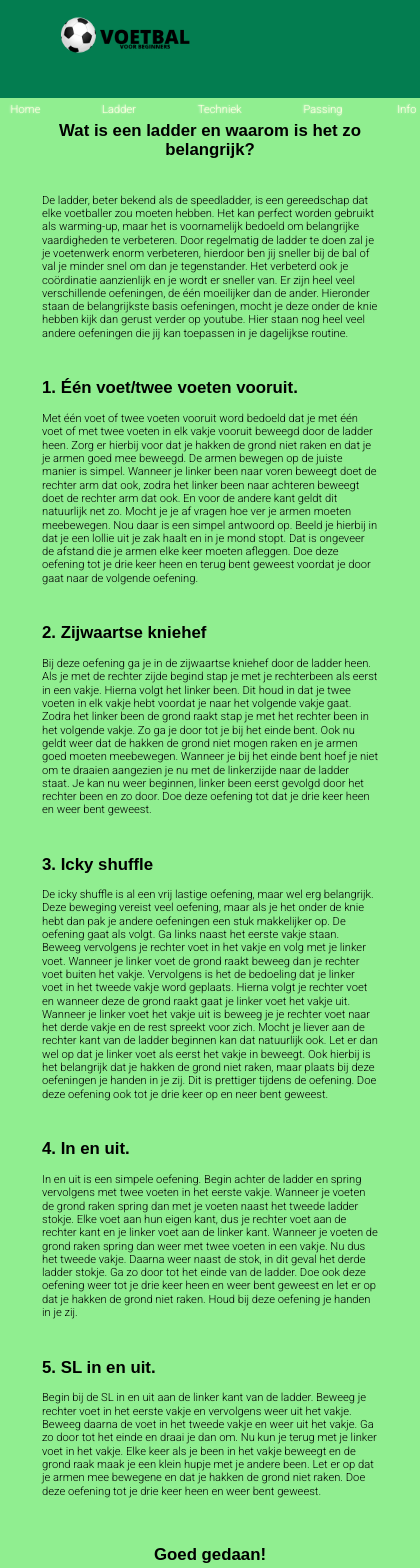
Repository: KelvinOxfoort/Start
Page: ladder.html
The author's editor kept a record of every edit. The page is drawn from the files as they stood at one moment, then again after the next edit.
The browser window is 600 px wide. The pictures show the part of the page from y = 0 to 2240 px (the page is 2715 px tall), at 70% of full size.
Some web fonts or font styles are not loaded; a fallback is used.

Above is the page before.

After the next edit:
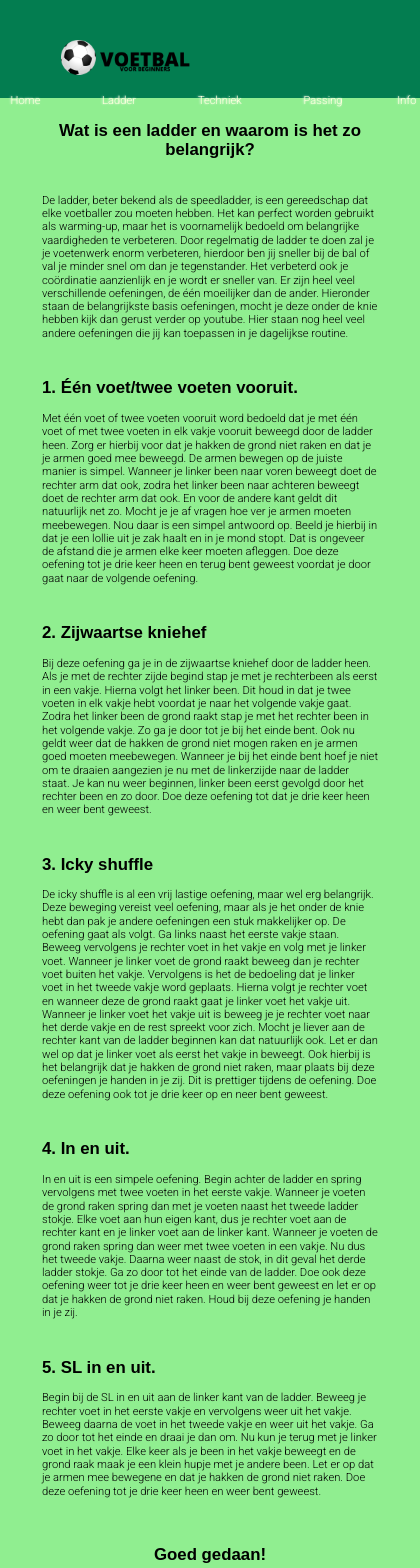
The edit:
--- a/style.css
+++ b/style.css
@@ -572,7 +572,7 @@
     }
 
     .logo {
-        margin-bottom: -55px;
+        margin-bottom: -115px;
     }
 
     header {
